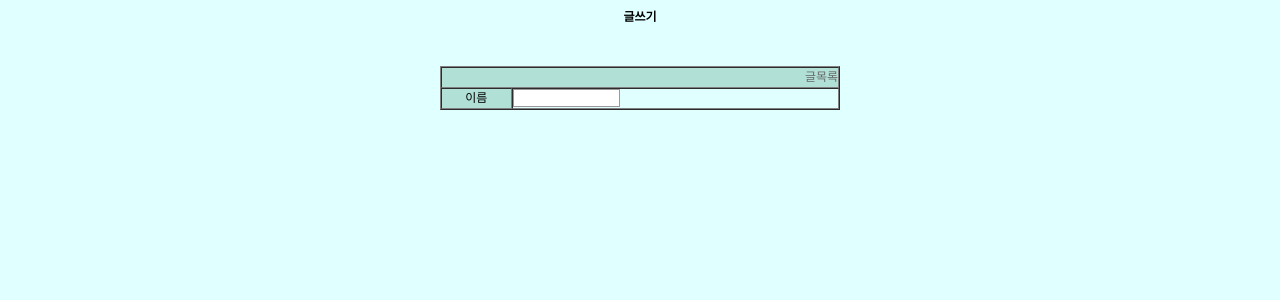
Repository: noopzzya/study_jsp_globalin
Page: http://localhost/ServletProject/boardone/writeform.jsp
An editor plug-in stored every save of this project. The page is shown before and after the next save, followed by the edit.
The browser window is 1280 px wide. The pictures show the whole page.
The page is served by Tomcat 9.

Above is the page before, as saved 2023-02-08 01:13:49.

After the next save:
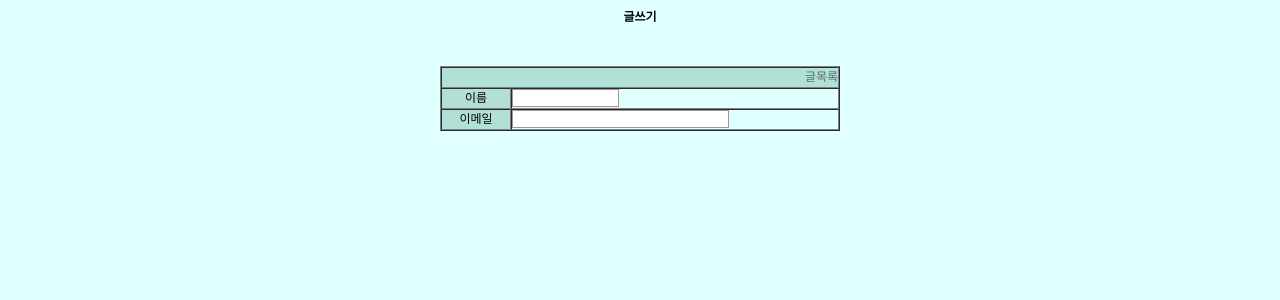
Saved 46 s later.
--- a/ServletProject/src/main/webapp/boardone/writeform.jsp
+++ b/ServletProject/src/main/webapp/boardone/writeform.jsp
@@ -28,6 +28,14 @@
 			<input type="text" size="12" maxlength="12" name="wirter">
 		</td>
 	</tr>
+
+	<tr>
+		<td width="70" bgcolor="<%=value_c%>" align="center">이메일</td>
+		<td width="330">
+			<input type="text" size="30" maxlength="12" name="wirter">
+		</td>
+	</tr>
+
 </table>
 
 </form>
